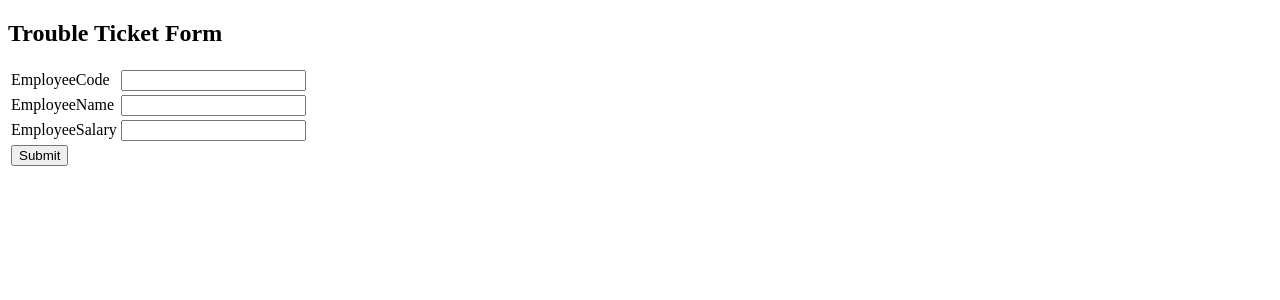
Repository: ApoorvaVeluri/JavaProject
Page: http://localhost/userinterface/ProjIndex.jsp
An editor plug-in stored every save of this project. The page is shown before and after the next save, followed by the edit.
The browser window is 1280 px wide. The pictures show the whole page.
The page is served by Tomcat 9.

Above is the page before, as saved 2015-08-20 10:04:17.

After the next save:
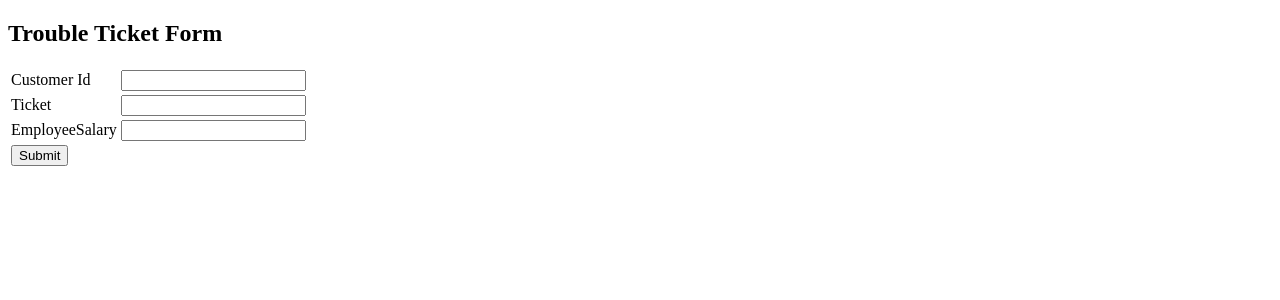
Saved 2 min 15 s later.
--- a/html/userinterface/WebContent/ProjIndex.jsp
+++ b/html/userinterface/WebContent/ProjIndex.jsp
@@ -8,14 +8,14 @@
 </head>
 <body>
 <h2>Trouble Ticket Form</h2>
-        <form method="POST" action="employeeDetails.html" >
+        <form method="POST" action="Details.html" >
             <table>
                 <tr>
-                    <td>EmployeeCode</td>
-                    <td><input type="text" name="empcode" /></td>
+                    <td>Customer Id</td>
+                    <td><input type="text" name="customerid" /></td>
                 </tr>
                 <tr>
-                    <td>EmployeeName</td>
+                    <td>Ticket</td>
                     <td><input type="text" name="empname" /></td>
                 </tr>
                 <tr>
